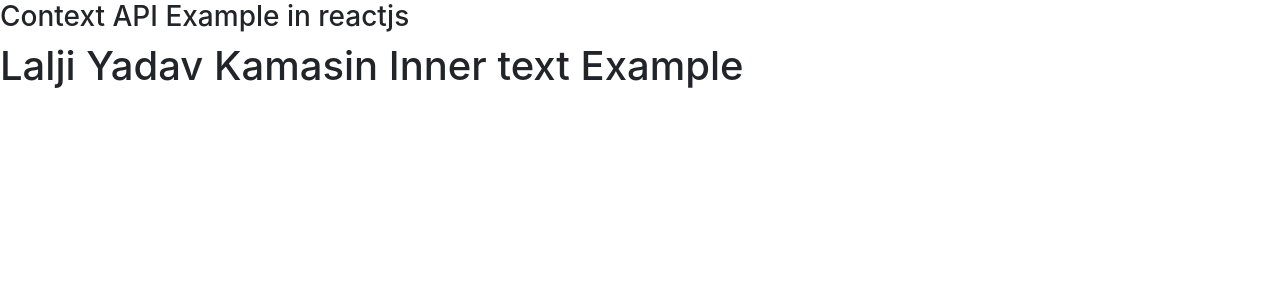
Repository: lalji-yadav/React-Context-API
Page: /compa
The author's editor kept a copy of each file at every save. The page is drawn from the files as they stood at one save, then again after the next save.
The browser window is 1280 px wide. The pictures show the whole page.
The project was rebuilt for these pictures with package versions that can differ from the ones it lists, and the page was loaded fresh each time. Also part of the build but not shown: src/App.css.

Above is the page before, as saved 2021-02-12 13:15:03.

### src/App.js
import  React,{ useState,Suspense } from 'react';
import './App.css';
import {
  BrowserRouter as Router,
  Switch,
  Route,
  Link
} from "react-router-dom";
//import A from "./components/A";

const A = React.lazy(()=> import('./components/A'))
const TableData = React.lazy(()=>import('./CRUD/tableData'))
const ComponentA = React.lazy(()=>import('./contextapiAdvance/componentA'))

export const ThemeContext = React.createContext()

function App() {

  const [data, setData] = useState({
    name: "Lalji Yadav Kamasin",
    mob:"8726650277",
    email:'lalji@gmail.com'
  })

 const changeStates=()=> {
    setData({
      name:"Change value Name Lalji to Anubhav Kumar yadav",
      mob:"1234567890",
      email:'12lalji@gmail.com'
    })
  }
  const contextValues = {
    data: data,
    changeStates: changeStates
  }

  return (
    <div>
      <h3> Context API Example in reactjs  </h3>

      {/* <ThemeContext.Provider value={contextValues}>
        <Home />
      </ThemeContext.Provider> */}

      <Router>
       <Suspense fallback={<div>Loading.....</div>}>
        <Switch>
          <Route exact path="/a" component={A} />
          <Route exact path="/tabledata" component={TableData} />
          <Route exact path="/compa" component={ComponentA} />
        </Switch>
       </Suspense>
      </Router>

    </div>
  );
}

export default App;

### src/contextapiAdvance/componentA.js
import React from 'react';
import ComponentB from "./componentB";

export const Mycontext = React.createContext()
export const Ourcontext = React.createContext()

const ComponentA = () => {
    return (
        <div>
            <Mycontext.Provider value='Lalji Yadav Kamasin'>
                <Ourcontext.Provider value='Inner text Example'>
                  <ComponentB />
                </Ourcontext.Provider>
            </Mycontext.Provider>

        </div>
    );
};

export default ComponentA;

### src/contextapiAdvance/componentB.js
import React from 'react';
import ComponentC from "./componentC";

const ComponentB = () => {
    return (
        <div>
            <ComponentC />
        </div>
    );
};

export default ComponentB;

### src/contextapiAdvance/componentC.js
import React from 'react';
import { Mycontext, Ourcontext } from './componentA'


const ComponentC = () => {
    return (
        <div>
            <Mycontext.Consumer>
                {
                    value=> {
                        return (<Ourcontext.Consumer>
                            {
                                val=>{
                                    return (<h1> {value} {val}</h1>)
                                }
                            }
                        </Ourcontext.Consumer>)
                    }
                }
            </Mycontext.Consumer>
        </div>
    );
};

export default ComponentC;

Loaded but not shown: public/index.html (common file); src/index.js (common file); src/index.css (common file); src/reportWebVitals.js (common file)

After the next save:
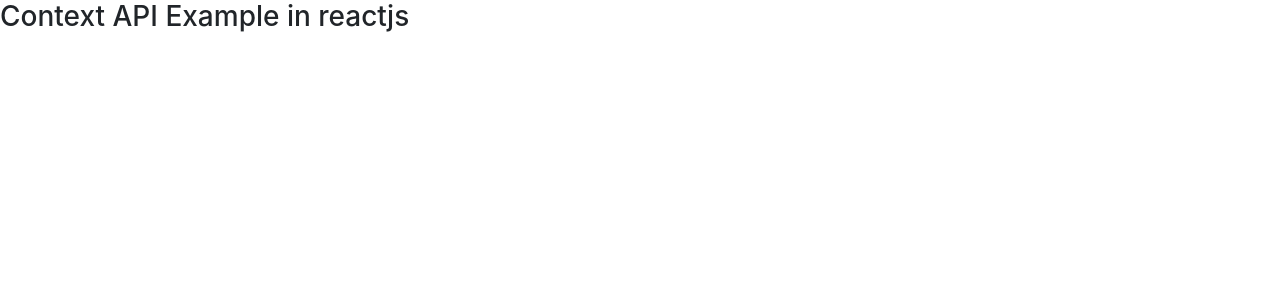
Saved 32 s later.
--- a/src/contextapiAdvance/componentC.js
+++ b/src/contextapiAdvance/componentC.js
@@ -8,10 +8,10 @@
             <Mycontext.Consumer>
                 {
                     value=> {
-                        return (<Ourcontext.Consumer>
+                        (<Ourcontext.Consumer>
                             {
                                 val=>{
-                                    return (<h1> {value} {val}</h1>)
+                                    (<h1> {value} {val}</h1>)
                                 }
                             }
                         </Ourcontext.Consumer>)

After the save that followed:
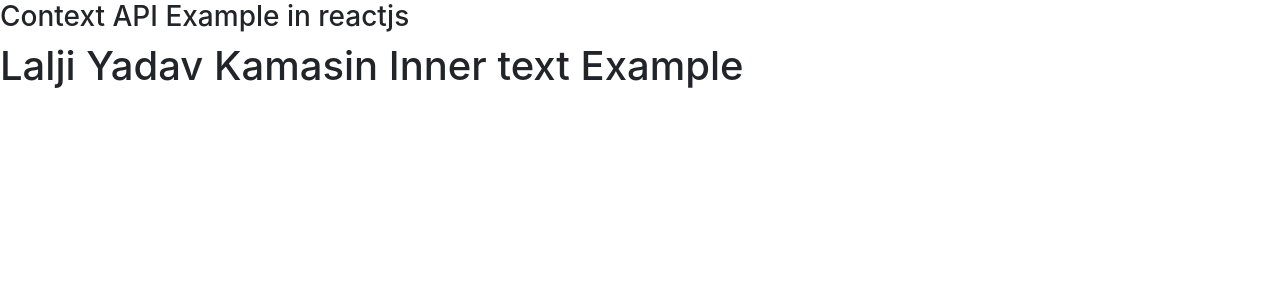
Saved 14 s later.
--- a/src/contextapiAdvance/componentC.js
+++ b/src/contextapiAdvance/componentC.js
@@ -8,10 +8,10 @@
             <Mycontext.Consumer>
                 {
                     value=> {
-                        (<Ourcontext.Consumer>
+                        return (<Ourcontext.Consumer>
                             {
                                 val=>{
-                                    (<h1> {value} {val}</h1>)
+                                    return (<h1> {value} {val}</h1>)
                                 }
                             }
                         </Ourcontext.Consumer>)
